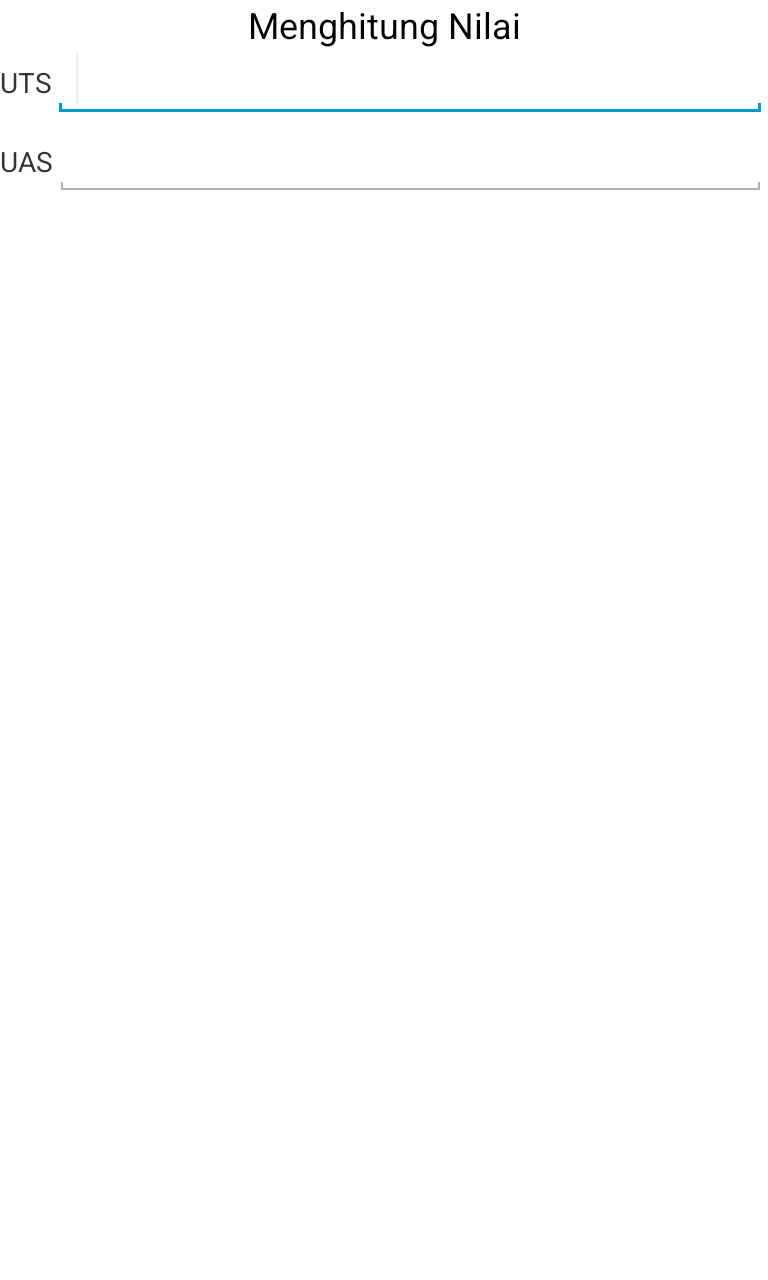
Repository: choll03/mobile_programming
Layout: android/res/layout/activity_main.xml
An editor plug-in stored every save of this project. The layout is shown before and after the next save, followed by the edit.
It is drawn on a 768 x 1280 px phone screen (xhdpi) without system bars, with theme AppTheme; the app's code is not run.

Above is the layout before, as saved 2019-04-20 15:56:56.

### android/res/layout/activity_main.xml
<RelativeLayout xmlns:android="http://schemas.android.com/apk/res/android"
    xmlns:tools="http://schemas.android.com/tools"
    android:layout_width="match_parent"
    android:layout_height="match_parent" >

    <LinearLayout
        android:id="@+id/linearLayout1"
        android:layout_width="wrap_content"
        android:layout_height="wrap_content"
        android:layout_alignParentLeft="true"
        android:layout_alignParentRight="true"
        android:layout_alignParentTop="true" >
    <TextView
        android:id="@+id/textView1"
        android:layout_width="match_parent"
        android:layout_height="wrap_content"
        android:gravity="center"
        android:text="@string/judul"
        android:textAppearance="?android:attr/textAppearanceMedium" />
    </LinearLayout>

    <LinearLayout
        android:id="@+id/linearLayout2"
        android:layout_width="wrap_content"
        android:layout_height="wrap_content"
        android:layout_alignParentLeft="true"
        android:layout_alignParentRight="true"
        android:layout_below="@+id/linearLayout1"
        android:layout_alignParentTop="true"
        android:layout_marginTop="20dp" >
    <TextView
        android:id="@+id/textView2"
        android:layout_width="wrap_content"
        android:layout_height="wrap_content"
        android:text="@string/uts" />
    <EditText
        android:id="@+id/utsEditText"
        android:layout_width="0dp"
        android:layout_height="wrap_content"
        android:layout_weight="1"
        android:inputType="numberDecimal" >
        <requestFocus />
	</EditText>
    </LinearLayout>

    <LinearLayout
        android:id="@+id/linearLayout3"
        android:layout_width="wrap_content"
        android:layout_height="wrap_content"
        android:layout_alignParentLeft="true"
        android:layout_alignParentRight="true"
        android:layout_below="@+id/linearLayout2" >
    <TextView
        android:id="@+id/textView3"
        android:layout_width="wrap_content"
        android:layout_height="wrap_content"
        android:text="@string/uas" />
    <EditText
        android:id="@+id/uasEditText"
        android:layout_width="0dip"
        android:layout_height="wrap_content"
        android:layout_weight="1"
        android:inputType="numberDecimal" />
    </LinearLayout>
</RelativeLayout>

### android/res/values/strings.xml
<?xml version="1.0" encoding="utf-8"?>
<resources>

    <string name="app_name">UserInterface</string>
    <string name="action_settings">Setting</string>
    <string name="hello_world">Hello world!</string>
    <string name="menu_settings">Settings</string>
    <string name="title_activity_main">User Interface</string>
    <string name="judul">Menghitung Nilai</string>
    <string name="uts">UTS</string>
    <string name="uas">UAS</string>
    <string name="nilai_akhir">Nilai Akhir</string>
    <string name="hitung">Hitung</string>
    <string name="tutup">Tutup</string>

    <color name="merah">#FF0000</color>
    <color name="hijau">#00FF00</color>
    <color name="biru">#0000FF</color>

</resources>

Loaded but not shown: android/res/values/styles.xml (common file); android/res/values-v11/styles.xml (common file); android/res/values-v14/styles.xml (common file)

After the next save:
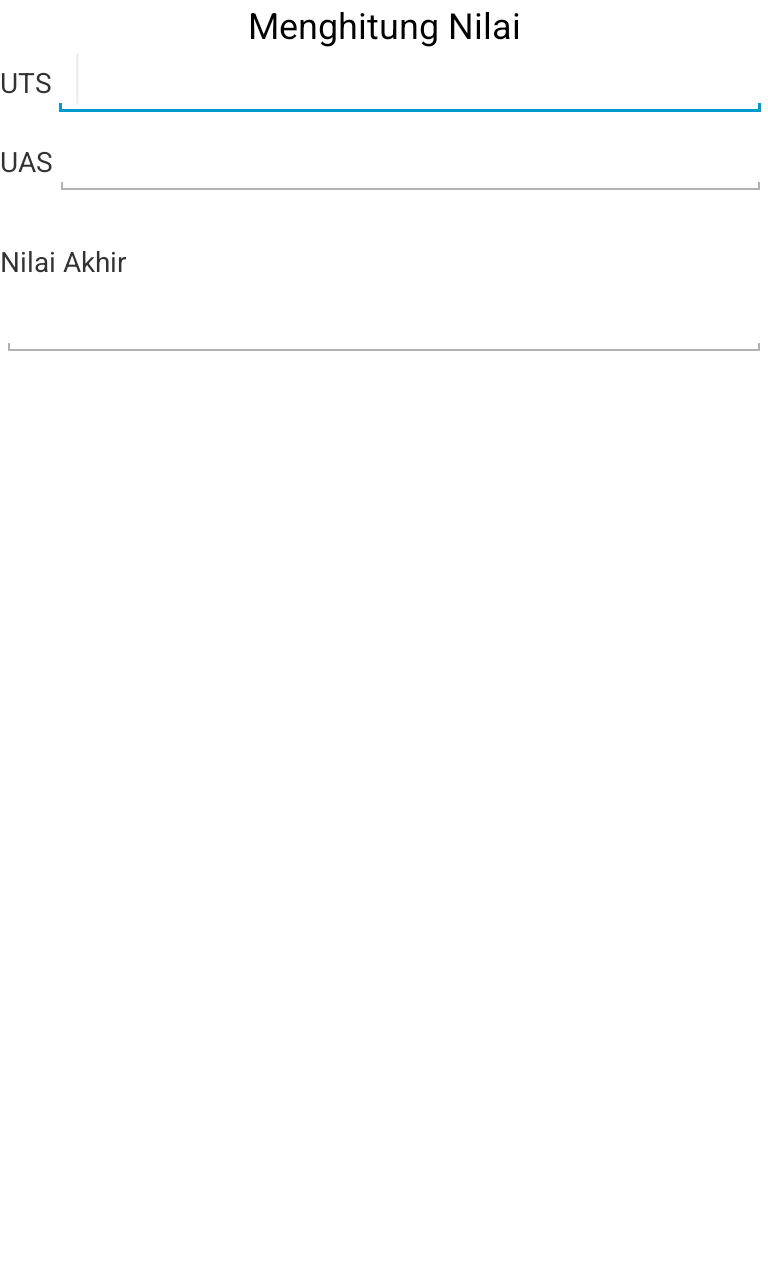
Saved 85 s later.
--- a/android/res/layout/activity_main.xml
+++ b/android/res/layout/activity_main.xml
@@ -62,4 +62,28 @@
         android:layout_weight="1"
         android:inputType="numberDecimal" />
     </LinearLayout>
+
+    <LinearLayout
+        android:id="@+id/linearLayout4"
+        android:layout_width="wrap_content"
+        android:layout_height="wrap_content"
+        android:layout_alignParentLeft="true"
+        android:layout_alignParentRight="true"
+        android:layout_below="@+id/linearLayout3"
+        android:layout_marginTop="22dp"
+        android:orientation="vertical" >
+    <TextView
+        android:id="@+id/textView4"
+        android:layout_width="wrap_content"
+        android:layout_height="wrap_content"
+        android:text="@string/nilai_akhir" />
+    <EditText
+        android:id="@+id/nilaiAkhirEditText"
+        android:layout_width="match_parent"
+        android:layout_height="wrap_content"
+        android:gravity="right"
+        android:clickable="false"
+        android:focusable="false"
+        android:inputType="numberDecimal" />
+        </LinearLayout>
 </RelativeLayout>
